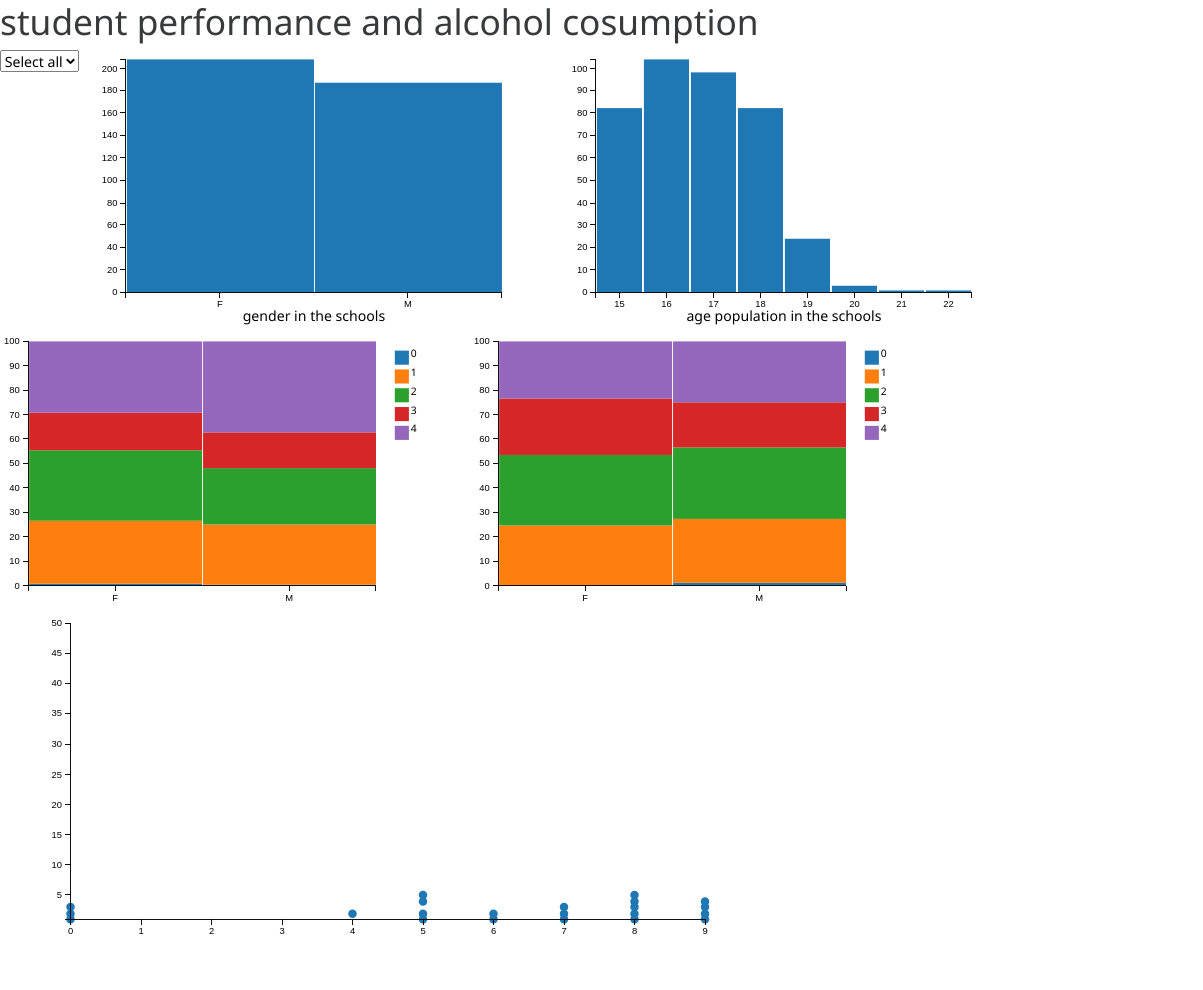
Repository: Baal89/second-milestone-project
Page: index.html
The author's editor kept a record of every edit. The page is drawn from the files as they stood at one moment, then again after the next edit.
The browser window is 1280 px wide. The pictures show the whole page, at 94% of full size.

Above is the page before.

After the next edit:
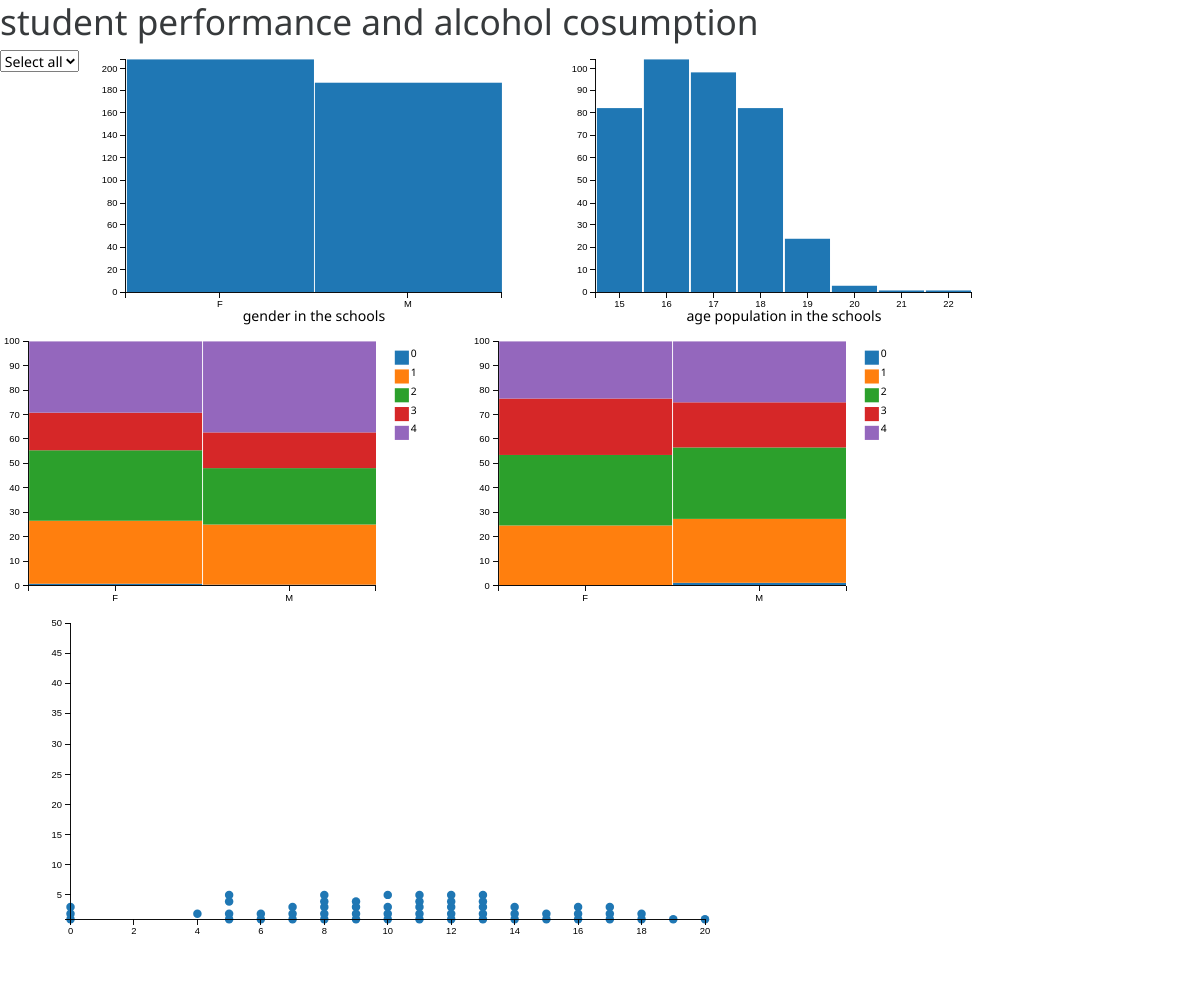
The edit:
--- a/static/js/graph.js
+++ b/static/js/graph.js
@@ -4,6 +4,10 @@
 
 function makeGraphs(error, performanceData) {
     var ndx = crossfilter(performanceData);
+
+    performanceData.forEach(function(d) {
+        d.G3 = parseInt(d.G3);
+    });
 
     show_discipline_selector(ndx);
 
